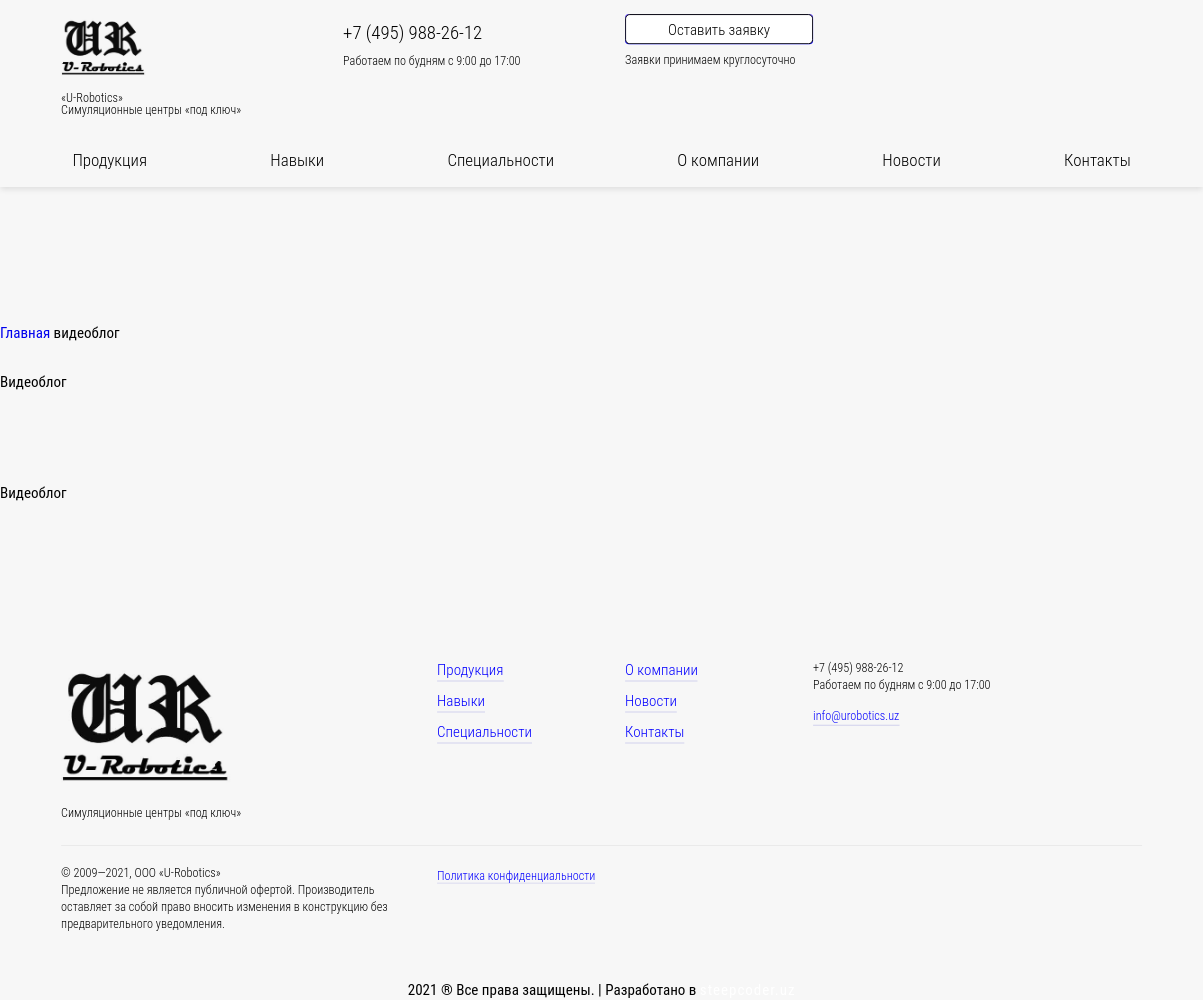
Repository: remrtehno/hotel
Page: http://localhost/video
The author's editor kept a copy of each file at every save. The page is drawn from the files as they stood at one save, then again after the next save.
The browser window is 1280 px wide. The pictures show the whole page, at 94% of full size.
Some web fonts or font styles are not loaded; a fallback is used. The page is served by the project's Laravel application, run on PHP 8.4 with Laravel 8. Other server files are loaded and not shown. The database holds what the project's SQL file puts in it.

Above is the page before, as saved 2021-04-23 20:20:04.

### routes/web.php
<?php

/*
|--------------------------------------------------------------------------
| Web Routes
|--------------------------------------------------------------------------
|
| Here is where you can register web routes for your application. These
| routes are loaded by the RouteServiceProvider within a group which
| contains the "web" middleware group. Now create something great!
|
*/

Route::get('/', "MainController@index")->name("index");
Route::get('/catalog', "MainController@catalog")->name("catalog");
Route::get('/products', "MainController@products")->name("products");
Route::get('/category/{slug}', "MainController@category")->name("category");
Route::get('/detail/{slug}', "MainController@detail")->name("detail");
Route::get('/newsdetail/{slug}', "MainController@newsdetail")->name("newsdetail");
Route::get('/gallery', "MainController@gallery")->name("gallery");
Route::get('/news', "MainController@news")->name("news");
Route::get('/about', "MainController@about")->name("about");
Route::get('/video', "MainController@video")->name("video");
Route::get('/contact', "MainController@contact")->name("contact");
Route::get('/stocks', "MainController@stocks")->name("stocks");
Route::get('/services', "MainController@services")->name("services");
Route::get('/servicesdetail/{id}', "MainController@servicesdetail")->name("servicesdetail");




Route::group(['prefix'=>'admin','namespace'=>'Admin','middleware'=>'auth'], function(){

    Route::get('/', 'MainController@index');
    Route::resource('/post','ProductController');
    Route::resource('/category','CategoryController');
    Route::resource('/slider','SliderController');
    Route::resource('/services','ServicesController');
    Route::resource('/about','AboutController');
    Route::resource('/news','NewsController');
    Route::resource('/video','VideoController');
    Route::resource('/contact','ContactController');
    Route::resource('/logo','LogoController');
    Route::resource('/stock','StockController');
});

Auth::routes();

Route::get('/home', 'HomeController@index')->name('home');

### app/Video.php
<?php

namespace App;

use Illuminate\Database\Eloquent\Model;

class Video extends Model
{
    protected $table = "videos";
    protected $fillable = ['title','link','showlink'];



    public static function add($fields)
    {
        $post = new static;
        $post->fill($fields);
        $post->save();
        return $post;
    }

    public function edit($fields)
    {
        $this->fill($fields);
        $this->save();
    }
}

### resources/views/video/index.blade.php
@extends("main.main")



@section('content')

    <div class="page_top_wrap page_top_title page_top_breadcrumbs" style="margin-top: 130px">
        <div class="content_wrap">
            <div class="breadcrumbs">
                <a class="breadcrumbs_item home" href="/" title="Home">Главная</a>
                <span class="breadcrumbs_delimiter"></span>
                <span class="breadcrumbs_item current">видеоблог</span>
            </div>
            <h1 class="page_title">Видеоблог</h1>
        </div>
    </div>

    <div class="page_content_wrap">

        <div class="content_wrap">
            <div class="content">

                <!-- Галерея-->
                <div class="vc_row wpb_row vc_row-fluid">
                    <div class="vc_col-sm-12 wpb_column vc_column_container ">
                        <div class="wpb_wrapper">
                            <a name="ourprojects" id="ourprojects" class="sc_anchor" title="Projects" data-description="Our projects"
                               data-icon="icon-picture-1" data-url="" data-separator="no"></a>

                            <div class="sc_section bg_tint_none" data-animation="animated fadeInUp normal"
                                 style="margin-top:6em !important;margin-bottom:5.5em !important;">
                                <div class="sc_content content_wrap">
                                    <h2 class="sc_title sc_title_regular sc_align_center bottom_border" style="text-align:center;">Видеоблог</h2>


                                    <div class="sc_content content_wrap" style="margin-top:6em !important;margin-bottom:5em !important;">



                                        <div class="columns_wrap sc_columns columns_nofluid sc_columns_count_4">

                                            @foreach($video as $item)
                                                <div class="column-1_4 sc_column_item sc_column_item_1 odd first" style="text-align:none;">


                                                    <div class="post_featured">
                                                        <div class="post_thumb">
                                                            <a class="hover_icon hover_icon_link" href="{{ $item->showlink }}" data-fancybox />


                                                            {!! $item->link !!}


                                                            </a>
                                                        </div>
                                                    </div>

                                                </div>

                                            @endforeach

                                        </div>



                                    </div>




                                </div>
                            </div>
                        </div>
                    </div>
                </div>
                <!-- Галерея-->
            </div>
            <!-- </div> class="content"> -->
        </div>
        <!-- </div> class="content_wrap"> -->
    </div>


@endsection

### resources/views/main/main.blade.php
<!DOCTYPE html>
<html lang="en-US">

<head>
    <meta charset="UTF-8" />
    <meta name="viewport" content="width=device-width, initial-scale=1, maximum-scale=1">
    <meta name="keywords" content="{{ $meta_key }}">
    <meta name="description" content="{{ $meta_desc }}">


    <link rel="preconnect" href="https://fonts.gstatic.com">
    <link
        href="https://fonts.googleapis.com/css2?family=Roboto+Condensed:ital,wght@0,300;0,400;0,700;1,300&display=swap"
        rel="stylesheet">
    <link rel="icon" type="image/png" href="">
    <link href="css/slick.css" rel="stylesheet">
    <link href="css/slicknav.css" rel="stylesheet">
    <link href="css/jquery.fancybox.min.css" rel="stylesheet">
    <link href="css/styles.min.css" rel="stylesheet">
    <link href="css/template170321.css" rel="stylesheet">
    <link rel="stylesheet" href="css/style-new.css">

    <!--[if IE 8]>
    <link rel="stylesheet" type="text/css"
          href="/public/fazka/css/vc-ie8.css" media="screen">
    <![endif]-->
</head>



@include("lib.header")

<main>
    @yield("slider")




    @yield("userwrap")


    @yield("content")



</main>

@include("lib.footerinput")


    <!-- /.container -->
    <div class="copyright" style="text-align: center;">
        2021 ® Все права защищены.
        | Разработано в <a style="display: inline; color: white; letter-spacing: 1px;"
            href="http://steepcoder.uz/site">steepcoder.uz</a>
    </div>
    <!-- /.copyright -->






<script src="js/jquery.3.2.1.min.js"></script>


<script src="js/svg4everybody.min.js"></script>
<script src="js/slick.min.js"></script>
<script src="js/jquery.slicknav.js"></script>
<script src="js/scripts.js"></script>

</body>

</html>

### resources/views/lib/header.blade.php
<header>
  <div class="container">
      <!-- BEGIN HEADERBAR-->
      <div class="headerbar">
          <div class="headerbar__row">
              <div class="headerbar__logo">
                  <a href="">
                      <img src="/uploads/logo/logo.png" alt="">
                      <p>«U-Robotics» <br> Симуляционные центры «под ключ»</p>
                  </a>
              </div>
              <div class="headerbar__info">
                  <a class="headerbar__tel" href="tel:74959882612">+7 (495) 988-26-12</a>
                  <p>Работаем по будням с 9:00 до 17:00</p>
              </div>
              <div class="headerbar__request">
                  <a class="js-modal-show" data-target="js-request"><span>Оставить заявку</span></a>

                  <p>Заявки принимаем круглосуточно</p>
              </div>
          </div>
      </div>
      <!-- END HEADERBAR -->
      <!-- BEGIN NAVBAR -->
      <nav class="navbar wr">
          <div class="slicknav_menu"><a href="#" aria-haspopup="true" role="button" tabindex="0" class="slicknav_btn slicknav_collapsed"><span class="slicknav_menutxt"></span><span class="slicknav_icon slicknav_no-text"><span class="slicknav_icon-bar"></span><span class="slicknav_icon-bar"></span><span class="slicknav_icon-bar"></span></span></a>
              <ul class="slicknav_nav slicknav_hidden" aria-hidden="true" role="menu" style="display: none;">
                  <li><a href="produkciya.html" role="menuitem" tabindex="-1">Продукция</a></li>
                  <li><a href="navyki.html" role="menuitem" tabindex="-1">Навыки</a></li>
                  <li><a href="specialnosti.html" role="menuitem" tabindex="-1">Специальности</a></li>
                  <li><a href="o-kompanii.html" role="menuitem" tabindex="-1">О компании</a></li>
                  <li><a href="novosti.html" role="menuitem" tabindex="-1">Новости</a></li>
                  <li><a href="kontakty.html" role="menuitem" tabindex="-1">Контакты</a></li>
              </ul>
          </div>
          <ul class="navbar__menu">
              <li><a href="produkciya.html">Продукция</a></li>
              <li><a href="navyki.html">Навыки</a></li>
              <li><a href="specialnosti.html">Специальности</a></li>
              <li><a href="o-kompanii.html">О компании</a></li>
              <li><a href="novosti.html">Новости</a></li>
              <li><a href="kontakty.html">Контакты</a></li>
          </ul>
      </nav>
      <!-- END NAVBAR  -->
  </div>
</header>

### resources/views/lib/footerinput.blade.php
<footer class="footer-noborder">
    <div class="container">
        <!-- BEGIN FOOTERBAR-->
        <section class="footerbar">
            <div class="footerbar__row">
                <div class="footerbar__logo">
                    <a href="">
                        <img src="img/logo.jpg" alt="">
                        <p> Симуляционные центры «под ключ»</p>
                    </a>

                </div>

                <div class="footerbar__menu">
                    <ul>
                        <li><a href="produkciya.html">Продукция</a></li>
                        <li><a href="navyki.html">Навыки</a></li>
                        <li><a href="specialnosti.html">Специальности</a></li>
                        <li><a href="o-kompanii.html">О компании</a></li>
                        <li><a href="novosti.html">Новости</a></li>
                        <li><a href="kontakty.html">Контакты</a></li>
                    </ul>

                </div>
                <div class="footerbar__contacts">
                    <p>+7 (495) 988-26-12</p>
                    <p>Работаем по будням с 9:00 до 17:00</p>
                    <a href="mailto:info@urobotics.uz">info@urobotics.uz</a>

                </div>
            </div>
        </section>
        <!-- END FOOTERBAR -->
        <!-- BEGIN BOTTOM-->
        <div class="bottom">
            <div class="bottom__row">
                <div class="bottom__copyright">
                    <span>© 2009—2021, ООО «U-Robotics»</span>
                    <br>
                    <span>Предложение не является публичной офертой. Производитель оставляет за собой право вносить изменения в конструкцию без предварительного уведомления.</span>
                </div>
                <div class="bottom__privacy">
                    <a href="politika-konfidencialnosti.html">Политика конфиденциальности</a>
                </div>
            </div>
        </div>
        <!-- END BOTTOM -->
    </div>
</footer>
<!-- BEGIN MODAL-->
<div class="modal  js-modal" id="js-request">
    <p class="modal__title">Обратная связь</p>
    <!-- BEGIN FORM -->
    <form class="form" action="" enctype="multipart/form-data">
        <div class="FLresult form__group"></div>
        <div class="form__group">
            <input type="text" name="ФИО" placeholder="ФИО" required="">
        </div>
        <div class="form__group">
            <input class="phone" type="tel" placeholder="Телефон" name="Телефон" required="">
        </div>
        <div class="form__group">
            <input type="email" name="Почта" placeholder="Эл. почта" required="">
        </div>
        <div class="form__group">
            <input type="text" name="Город и место работы" placeholder="Город и место работы">
        </div>
        <div class="form__group">
            <input type="text" name="Тема сообщения" placeholder="Тема">
        </div>
        <div class="form__group">
            <textarea name="Текст сообщения" placeholder="Текст"></textarea>
        </div>
        <div class="form__file">
            <label>
            <input type="file" name="attachment">
            <span>
                <svg><use xlink:href="img/sprite.svg#file"></use></svg>
                Прикрепить файл
            </span>
        </label>
            <input type="text" id="filename" class="filename" disabled="">
            <button class="file-remove">
            <svg>
                <use xlink:href="img/sprite.svg#close"></use>
            </svg>
        </button>
        </div>
        <div class="form__checkbox">
            <input type="checkbox" name="agree" id="agree" checked="" required="">
            <label for="agree">
            <span>Нажимая кнопку «Отправить», я соглашаюсь на <a href="soglashenie-ob-obrabotke-personalnyh-dannyh.html">обработку персональных данных</a></span>
            <svg>
                <use xlink:href="img/sprite.svg#check"></use>
            </svg>
        </label>
        </div>
        <input type="hidden" name="formid" value="basic" data-fl-name="Форма">
        <button class="form__submit FLajax" type="submit" data-fl-theme="Сообщение с сайта Виртумед"><span>Отправить сообщение</span></button>
    </form>
    <!-- END FORM -->
    <a href="#" class="modal__close  js-modal-close">✖</a>
</div>
<!-- END MODAL -->

### public/css/template170321.css
.page-title h1 {
	text-transform: uppercase;
	font-size: 36px;
	letter-spacing: 3px;
}

.has-error {
	border: 1px solid red!important;
}

.search_title {
	padding: 10px 10px 10px 16px;
	background-color: #fff;
}

.search_title a {
	color: #5e42fc;
	border-bottom: 1px solid rgba(143, 11, 11, .2);
	-webkit-transition: all .3s linear;
	transition: all .3s linear;
	font-size: 18px;
	font-weight: 300;
}

.search_extract {
	padding: 0px 10px 10px 16px;
	background-color: #fff;
}

.evoSearch_info {
	padding: 15px 10px 15px 16px;
	background-color: #fff;
	margin-bottom: 20px;
	font-size: 20px;
}

.js-modal-show {
	cursor: pointer;
}

.other-feedback {
	margin-top: 20px;
}

.product__txt a {
	color: #5e42fc;
	border-bottom: 1px solid #5e42fc;
	-webkit-transition: all .3s linear;
	transition: all .3s linear;
	font-size: 18px;
	font-weight: 300;
}

.filter__hidden,
.form__checkbox {
	transition: all .3s linear;
}

.product__header-center {
	box-sizing: border-box;
	margin-left: 25px;
	margin-right: 25px;
	word-wrap: break-word;
}

.product__txt ul li {
	list-style-type: disc;
	list-style-position: outside;
	margin-left: 20px;
}

.product__txt ol li {

}

.product__txt ol {
	padding-left: inherit;
}
.banner__caption {
	display: flex;
	align-items: center;
	justify-content: center;
	padding-top: initial;
	top: -20px;
}
.banner__txt{
	font-size: 35px;
}

.news__desc h3 {
    min-height: 90px;
}

.social ul {
    margin: 30px 0 0;
    padding: 0;
    list-style: none;
    display: -webkit-box;
    display: -ms-flexbox;
    display: flex;
    -webkit-box-align: center;
    -ms-flex-align: center;
    align-items: center;
    -webkit-box-pack: end;
    -ms-flex-pack: end;
    justify-content: start;
}
.social ul li:first-child {
    margin-left: 0;
}
.social ul li {
    margin-left: 25px;
}
.social ul li a {
    display: block;
    width: 26px;
    height: 21px;
}
.social ul li a svg {
    width: 100%;
    height: 100%;
    fill: #5e42fc;
    -webkit-transition: .3s linear;
    transition: .3s linear;
}
.social ul li a:hover svg {
    fill: #5e42fc;
		opacity: 0.7;
}

.contacts__map {
    height: 270px;
}

@media screen and (max-width: 1199px){
	.banner__txt {
		font-size: 38px;

	}
	.social ul {
    -webkit-box-pack: center;
    -ms-flex-pack: center;
    justify-content: center;
}
}

@media screen and (max-width: 991px){
	.banner__txt {

		font-size: 32px;
	}
}

### public/css/style-new.css
* {
    outline: none;
}

.footerbar__logo img {
    mix-blend-mode: multiply;
}

.headerbar__logo img {
    mix-blend-mode: multiply;
    width: 90px;
}

header {
    color: black;
    background: none;
}

header * {
    color: #000000 !important;
}

.headerbar__info a,
.headerbar__info p {
    color: black;
}

.headerbar__request a span {
    background-color: white;
    border: 1px solid #000;
    border-radius: 5px;
}

.criteria__item svg {
    fill: black;
}

.headerbar__logo {
    padding-top: 0;
}

.wrapper {
    height: 100%;
    display: flex;
    justify-content: center;
    align-items: center;
}

@media (max-width: 767px) {
    .wrapper {
        padding: 50px 10px;
    }
}

/* Основные стили */

/* Слайдер */

.slick-slider {
    min-width: 0;
}

/* Ограничивающая оболочка */

.slick-list {
    overflow: hidden;
}

/* Лента слайдов */

.slick-track {
    display: flex;
    align-items: flex-start;
}

/* Слайд */

.slick-slide {
}

/* Слайд активный */

.slick-slide.slick-active {
}

/* Слайд основной */

.slick-slide.slick-current {
}

/* Слайд по центру */

.slick-slide.slick-center {
}

/* Стрелка */

.slick-arrow {
}

/* Стрелка влево */

.slick-arrow.slick-prev {
}

/* Стрелка вправо */

.slick-arrow.slick-next {
}

/* Стрелка не активная */

.slick-arrow.slick-disabled {
}

/* Точки */

.slick-dots {
}

.slick-dots li {
}

.slick-dots button {
}

/* Конкретный слайдер */

.slider {
    position: relative;
}

.slider .slick-arrow {
    position: absolute;
    top: 50%;
    margin: -30px 0px 0px 0px;
    z-index: 10;
    font-size: 0;
    width: 30px;
    height: 60px;
    border: 0;
    outline: none;
    cursor: pointer;
}

.slider .slick-arrow.slick-prev {
    left: 15px;
    background: url("../img/sl-arrow_l.svg") 0 0 / 65% no-repeat;
}

.slider .slick-arrow.slick-next {
    right: 15px;
    background: url("../img/sl-arrow_r.svg") 0 0 / 65% no-repeat;
}

.slider .slick-arrow.slick-disabled {
    opacity: 0.2;
}

.slider .slick-dots {
    display: flex;
    align-items: center;
    justify-content: center;
}

.slider .slick-dots li {
    list-style: none;
    margin: 0px 10px;
}

.slider .slick-dots button {
    font-size: 0;
    width: 10px;
    height: 10px;
    background-color: #fff;
    border-radius: 50%;
    border: 0;
}

.slider .slick-dots li.slick-active button {
    background-color: transparent;
    border: 1px solid #fff;
}

.slider__item img {
    max-width: 100%;
}

.slider__item.slick-center {
}

@media (max-width: 992px) {
    .slicknav_menu:nth-child(2) {
        display: none;
    }
}
@media (min-width: 992px) {
    .product-container {
        display: grid;
        grid-template-columns: 270px 1fr;
        grid-template-rows: 1fr;
        gap: 30px 30px;
    }
}



.form__checkbox label::before {

}

### med.sql (the tables this page reads)
CREATE TABLE `videos` (
  `id` bigint(20) UNSIGNED NOT NULL,
  `file` varchar(255) COLLATE utf8mb4_unicode_ci DEFAULT NULL,
  `title` varchar(255) COLLATE utf8mb4_unicode_ci NOT NULL,
  `created_at` timestamp NULL DEFAULT NULL,
  `updated_at` timestamp NULL DEFAULT NULL
) ENGINE=InnoDB DEFAULT CHARSET=utf8mb4 COLLATE=utf8mb4_unicode_ci;

INSERT INTO `videos` (`id`, `file`, `title`, `created_at`, `updated_at`) VALUES
(25, '3GbYQbh7dS.mp4', 'стабилизатор', '2021-05-04 12:45:00', '2021-05-04 12:49:14'),
(26, 'GxNXlBoNjQ.mp4', 'Лента', '2021-05-04 12:54:35', '2021-05-04 12:54:35');

ALTER TABLE `videos`
  ADD PRIMARY KEY (`id`);

ALTER TABLE `videos`
  MODIFY `id` bigint(20) UNSIGNED NOT NULL AUTO_INCREMENT, AUTO_INCREMENT=27;

Loaded but not shown: app/Providers/AppServiceProvider.php (common file); app/Http/Controllers/Auth/LoginController.php (common file); app/Http/Controllers/Controller.php (common file); public/css/slick.css (common file); public/css/slicknav.css (common file); public/css/jquery.fancybox.min.css (library); public/css/styles.min.css (library); public/js/jquery.3.2.1.min.js (library); public/js/svg4everybody.min.js (common file); public/js/slick.min.js (library); public/js/jquery.slicknav.js (library); public/img/sprite.svg (134 lines, source omitted); public/js/scripts.js (128 lines, source omitted); app/Http/Controllers/MainController.php (201 lines, source omitted)

After the next save:
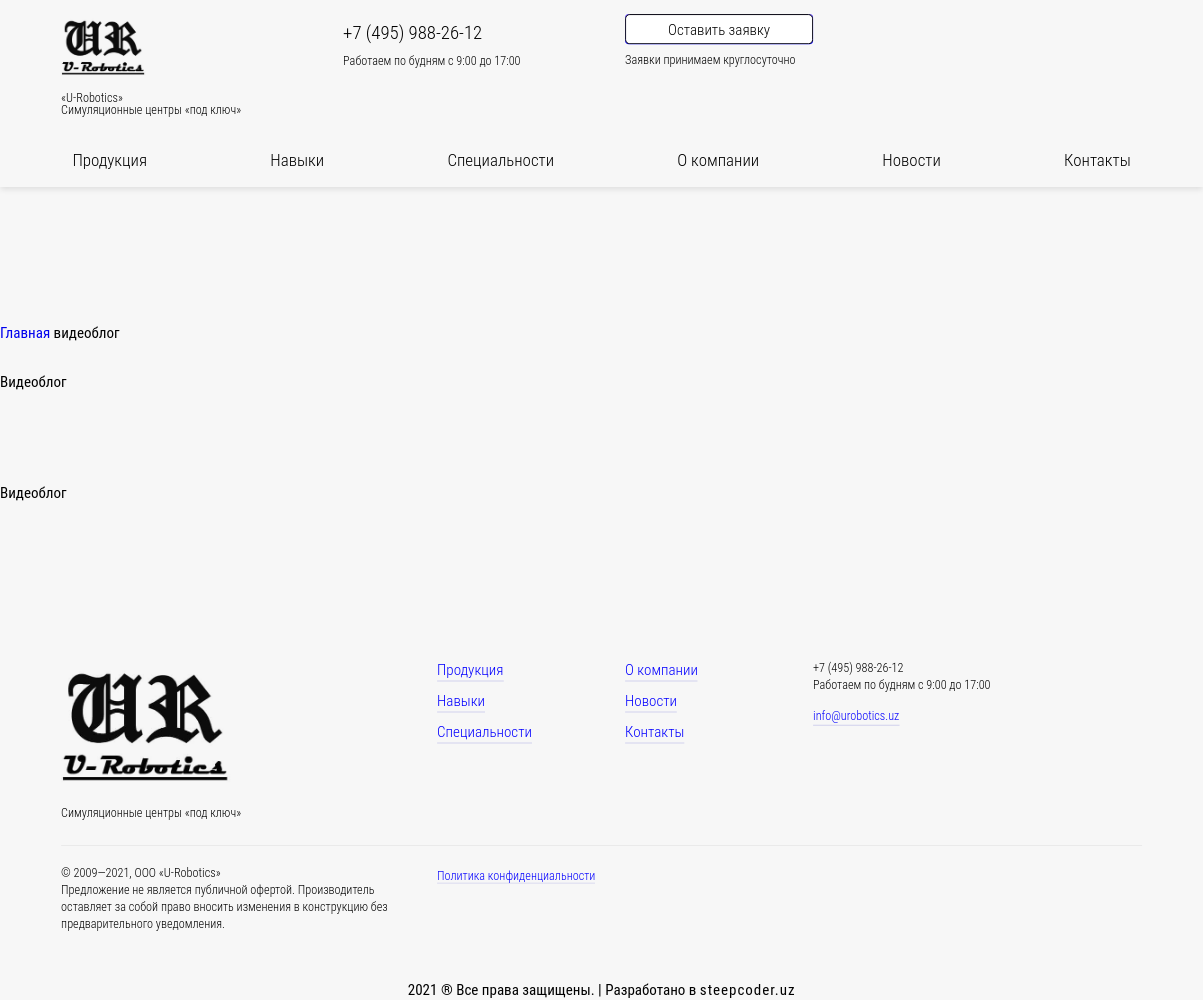
Saved 8 s later.
--- a/resources/views/main/main.blade.php
+++ b/resources/views/main/main.blade.php
@@ -51,7 +51,7 @@
     <!-- /.container -->
     <div class="copyright" style="text-align: center;">
         2021 ® Все права защищены.
-        | Разработано в <a style="display: inline; color: white; letter-spacing: 1px;"
+        | Разработано в <a style="display: inline; color: black; letter-spacing: 1px;"
             href="http://steepcoder.uz/site">steepcoder.uz</a>
     </div>
     <!-- /.copyright -->
